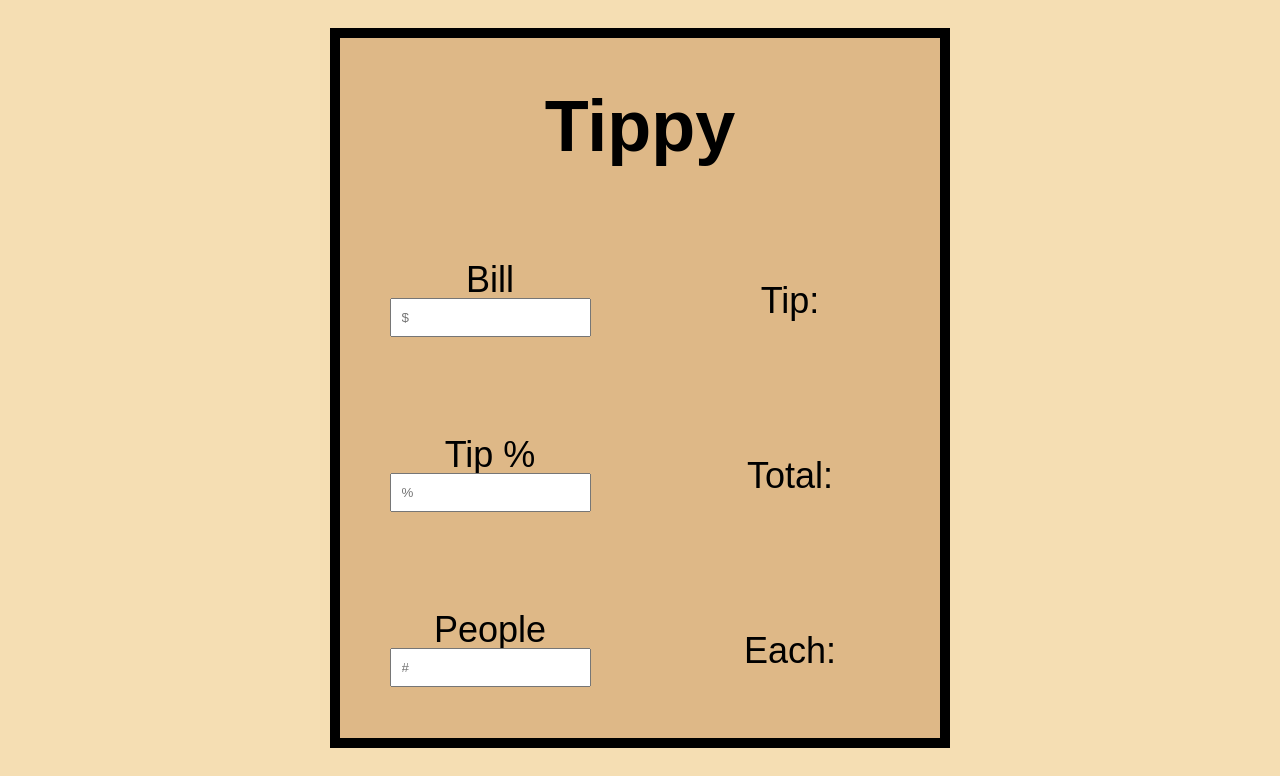
Repository: SamirIngley/Tip-Calculator
Page: tip_display.html
An editor plug-in stored every save of this project. The page is shown before and after the next save, followed by the edit.
The browser window is 1280 px wide. The pictures show the whole page.

Above is the page before, as saved 2020-02-13 16:38:07.

After the next save:
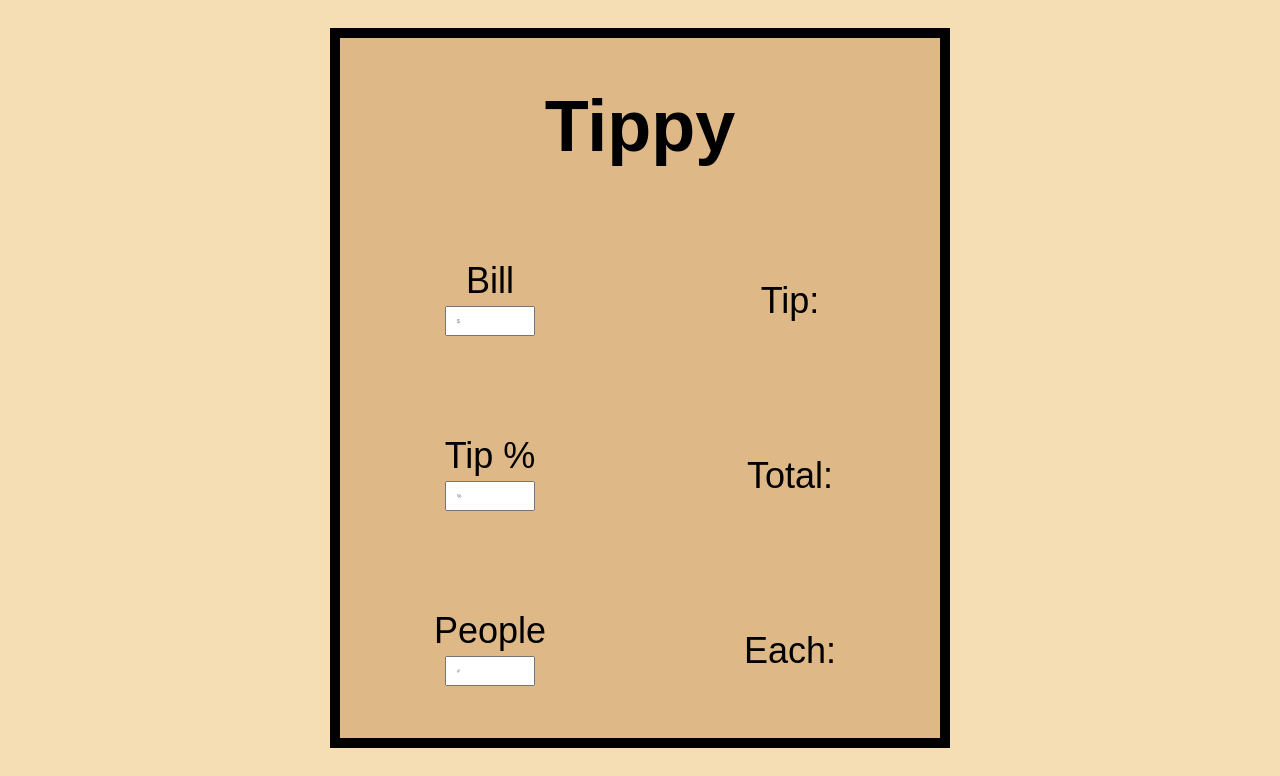
Saved 15 s later.
--- a/style.css
+++ b/style.css
@@ -73,4 +73,5 @@ body {
 
 .input {
     padding: 10px;
+    font-size: 5px;
 }
